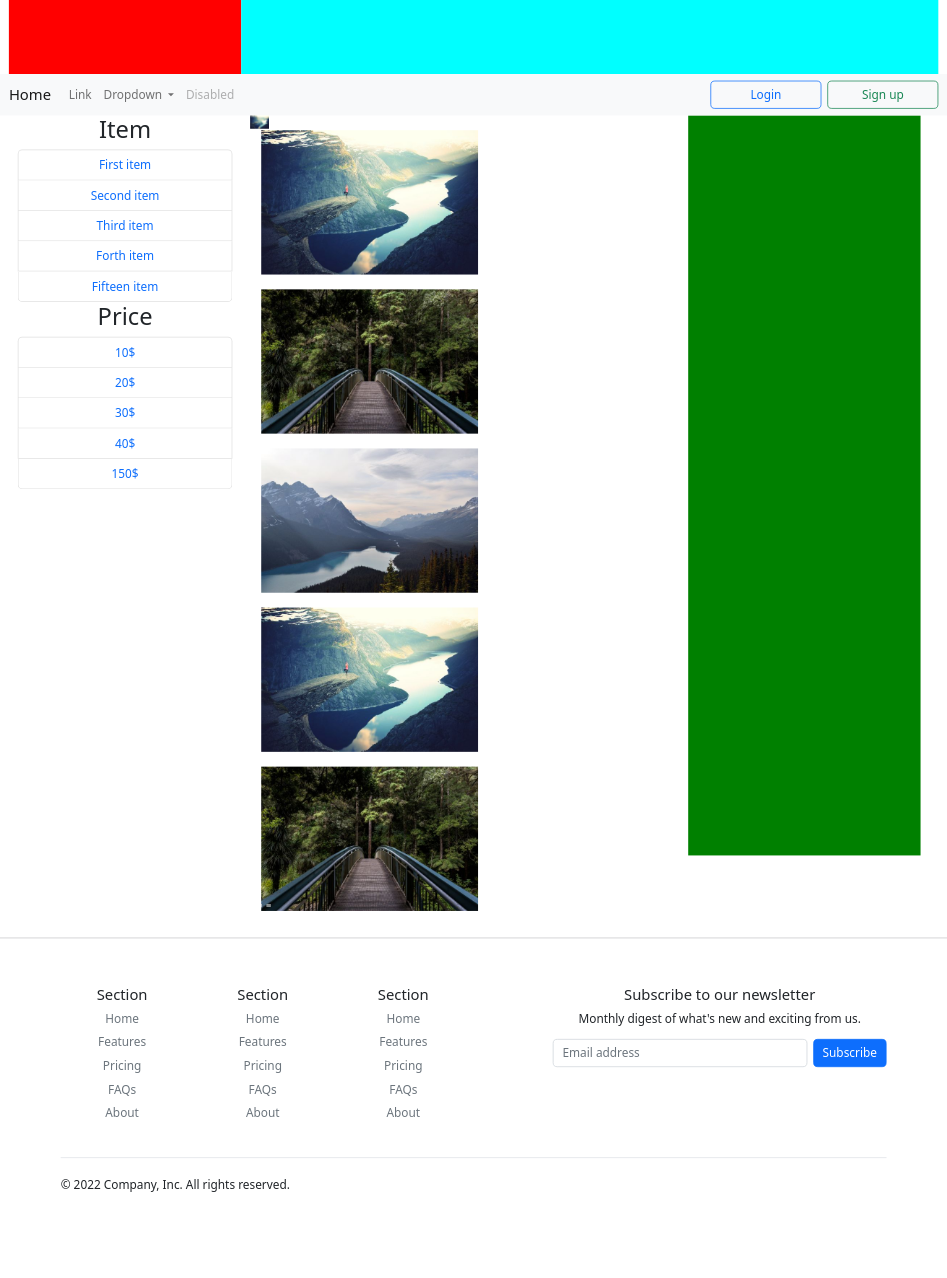
Repository: nguyenhung50497/MD2_bootstrap
Page: BT_giaoDienWeb/index.html
These files come from the project's save history. The page is drawn as it stood at one moment and after the next save; the edit follows.
The browser window is 1280 px wide. The pictures show the whole page, at 74% of full size.

Above is the page before, as saved 2022-11-30 14:22:21.

After the next save:
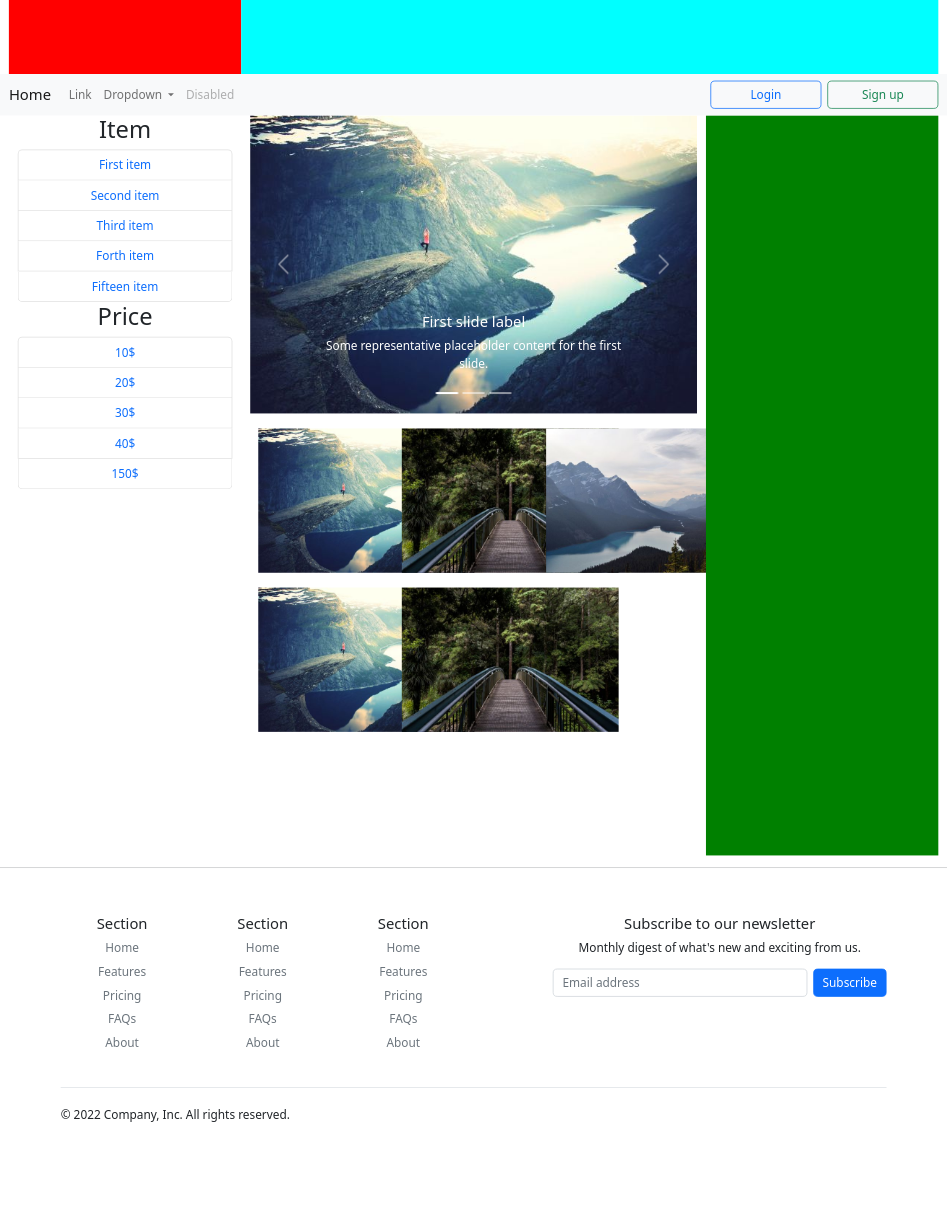
Saved 26 s later.
--- a/BT_giaoDienWeb/index.html
+++ b/BT_giaoDienWeb/index.html
@@ -96,8 +96,8 @@
                 <li class="list-group-item"><a href="">150$</a></li>
             </ul>
         </aside>
-        <section class="col-lg-6 content container-fluid row">
-            <div id="carouselExampleCaptions" class="carousel slide col-lg-1" data-bs-ride="false">
+        <section class="col-lg-6 content">
+            <div id="carouselExampleCaptions" class="carousel slide" data-bs-ride="false">
                 <div class="carousel-indicators">
                   <button type="button" data-bs-target="#carouselExampleCaptions" data-bs-slide-to="0" class="active" aria-current="true" aria-label="Slide 1"></button>
                   <button type="button" data-bs-target="#carouselExampleCaptions" data-bs-slide-to="1" aria-label="Slide 2"></button>
@@ -135,7 +135,7 @@
                   <span class="visually-hidden">Next</span>
                 </button>
             </div>
-            <div class="container-fluid row contentImg col-lg-1">
+            <div class="container-fluid row contentImg">
                 <div class="col-lg-4"><a href=""><img src="anh1.jpg" alt=""></a></div>
                 <div class="col-lg-4"><a href=""><img src="anh2.jpg" alt=""></a></div>
                 <div class="col-lg-4"><a href=""><img src="anh3.jpg" alt=""></a></div>
